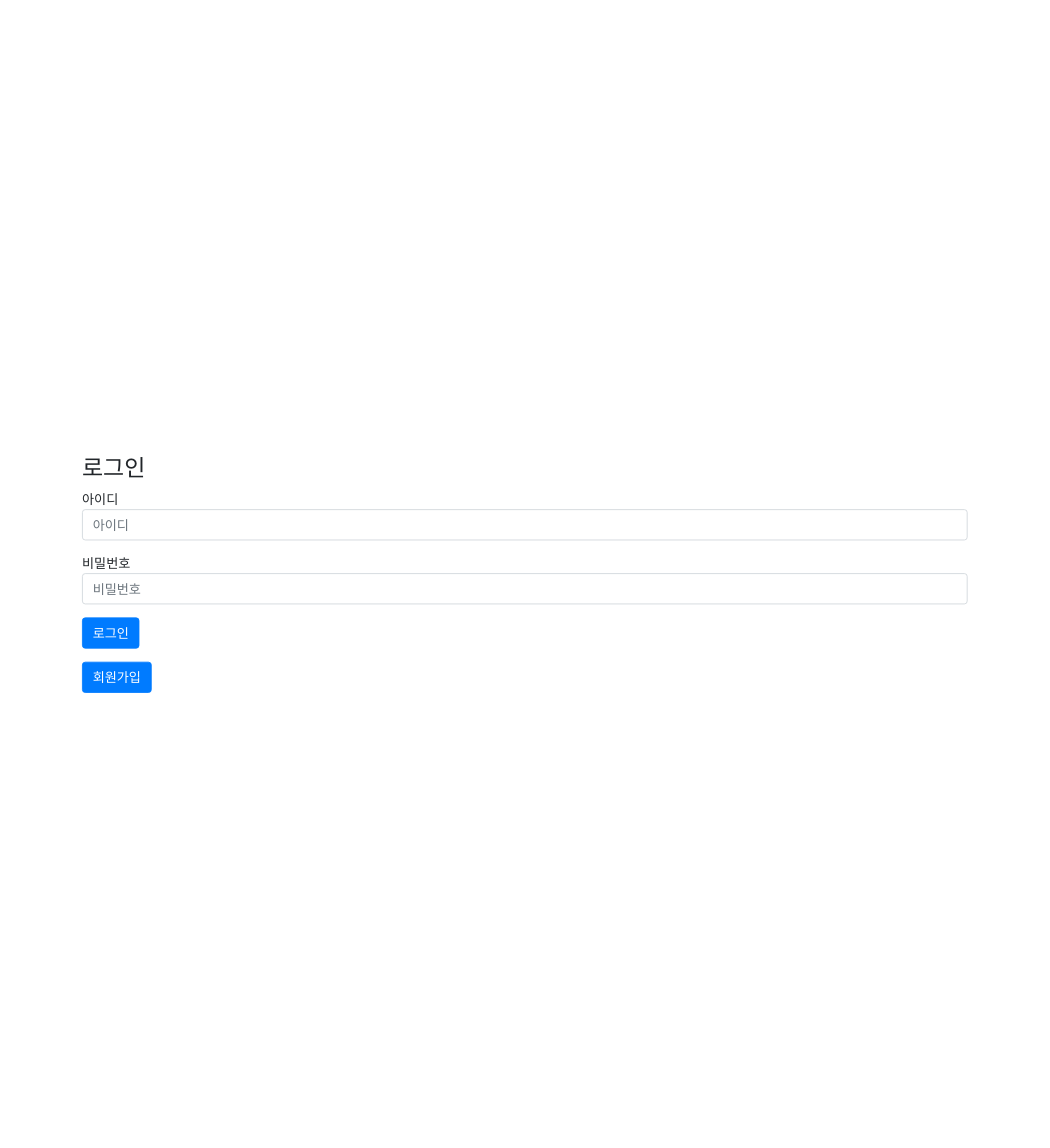
Repository: Seongjoo-Shin/webServer
Page: http://localhost/project/project/login.jsp
These files come from the project's save history. The page is drawn as it stood at one moment and after the next save; the edit follows.
The browser window is 1280 px wide. The pictures show the whole page, at 82% of full size.
The page is served by Tomcat 9.

Above is the page before, as saved 2021-06-14 05:19:29.

After the next save:
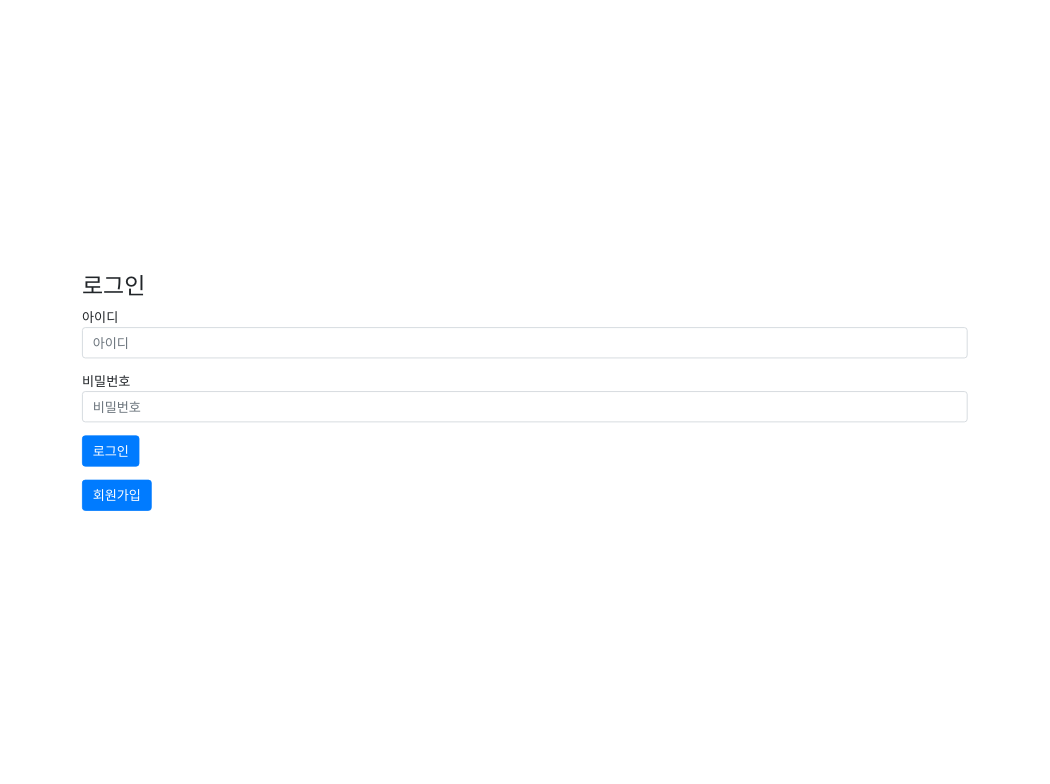
Saved 7 s later.
--- a/20165514_신성주_웹서버구축_프로젝트_소스코드/project/WebContent/project/login.jsp
+++ b/20165514_신성주_웹서버구축_프로젝트_소스코드/project/WebContent/project/login.jsp
@@ -9,7 +9,7 @@
 </head>
 <body>
 	<div class="container">
-		<div class="col-lg" style="margin:50% auto;">
+		<div class="col-lg" style="margin:30% auto;">
 		<h3>로그인</h3>
 		<form method="post" action="login_process.jsp">
 			<p>아이디<input type="text" name="user_id" class="form-control" placeholder="아이디"></p>
